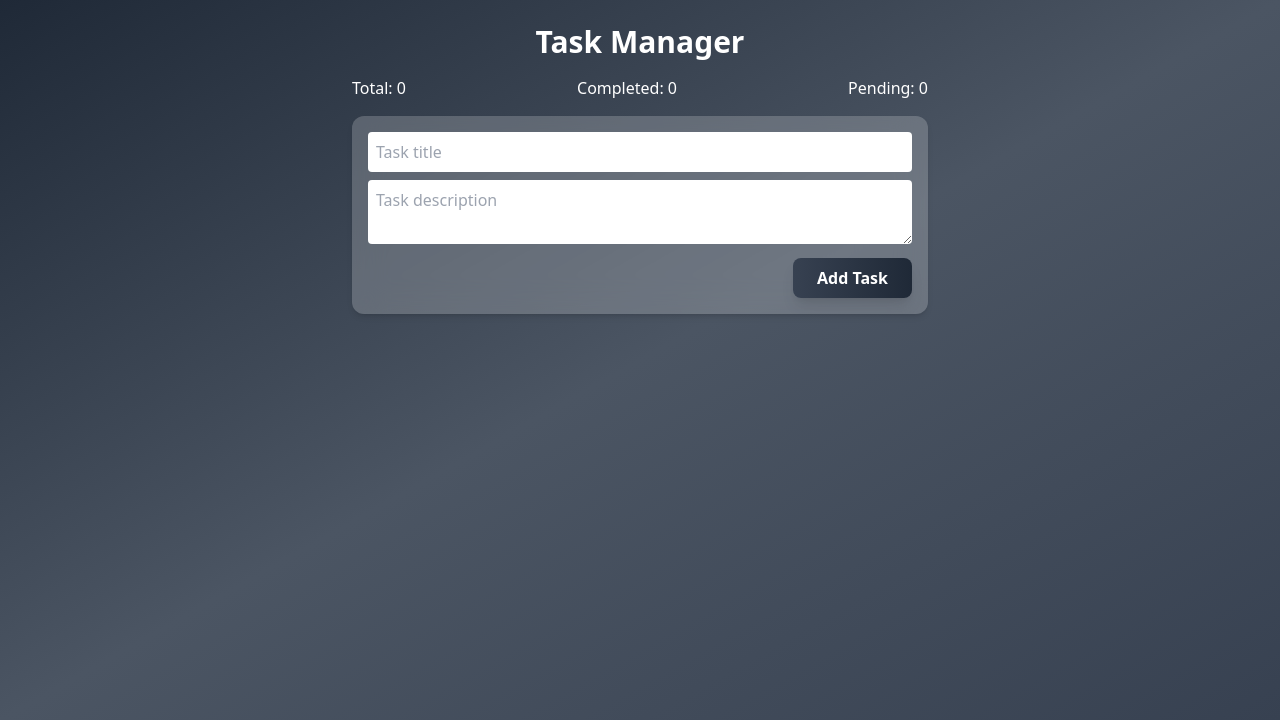
Repository: Meenakshi-commits/mern-task-manager
Page: / (app in client/)
The author's editor kept a copy of each file at every save. The page is drawn from the files as they stood at one save, then again after the next save.
The browser window is 1280 px wide. The pictures show the whole page.
The page's requests for data from a server got no answer. The project was rebuilt for these pictures with package versions that can differ from the ones it lists, and the page was loaded fresh each time. No one was signed in, and anything a server would have sent is missing. Also part of the build but not shown: client/vite.config.js, client/src/components/TaskItem.jsx.

Above is the page before, as saved 2026-01-09 17:33:05.

After the next save:
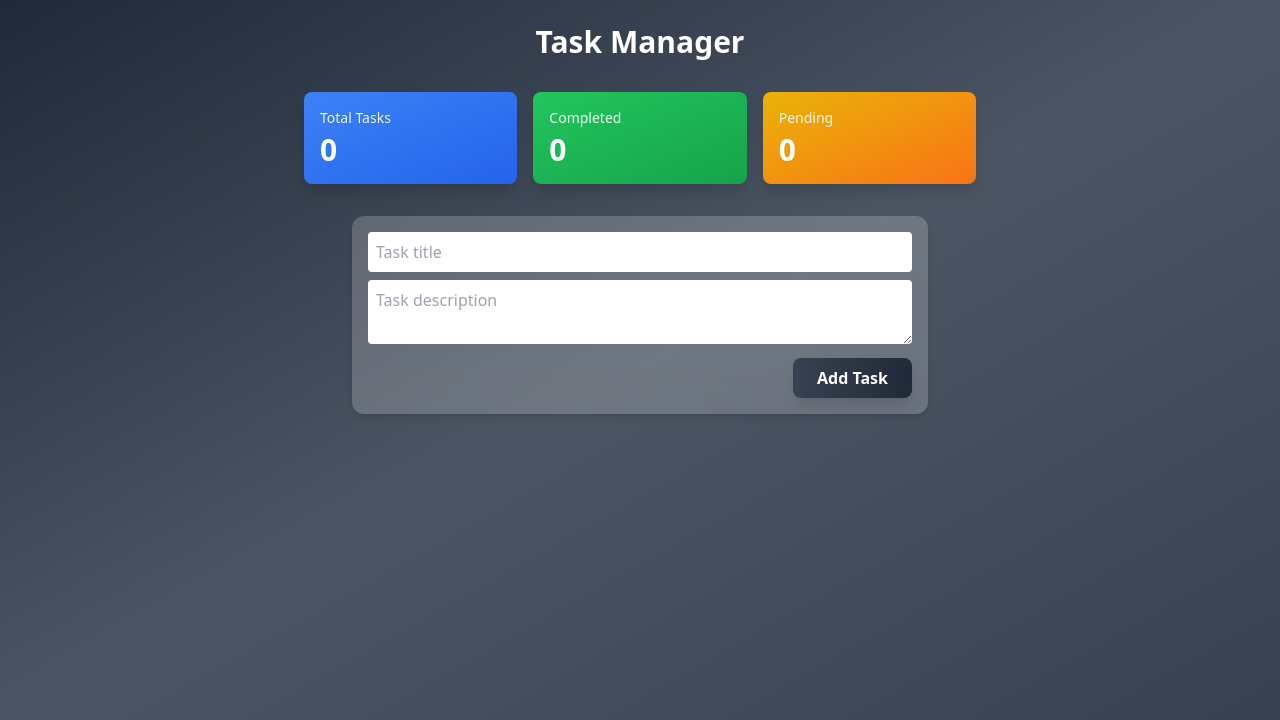
Saved 88 s later.
--- a/client/src/App.jsx
+++ b/client/src/App.jsx
@@ -20,19 +20,30 @@ export default function App() {
 
   return (
     <div className="min-h-screen bg-gradient-to-br from-gray-800 via-gray-600 to-gray-700 p-6">
-      <div className="max-w-xl mx-auto text-white">
-        <h1 className="text-3xl font-bold text-center mb-4">
+      <div className="max-w-7xl mx-auto text-white">
+        <h1 className="text-3xl font-bold text-center mb-8">
           Task Manager
         </h1>
 
-        <div className="flex justify-between mb-4">
-          <span>Total: {tasks.length}</span>
-          <span>Completed: {completed}</span>
-          <span>Pending: {pending}</span>
+        <div className="grid grid-cols-3 gap-4 max-w-2xl mx-auto mb-8">
+          <div className="bg-gradient-to-br from-blue-500 to-blue-600 p-4 rounded-lg shadow-lg hover:shadow-xl transition-shadow">
+            <p className="text-sm opacity-90 mb-1">Total Tasks</p>
+            <p className="text-3xl font-bold">{tasks.length}</p>
+          </div>
+          <div className="bg-gradient-to-br from-green-500 to-green-600 p-4 rounded-lg shadow-lg hover:shadow-xl transition-shadow">
+            <p className="text-sm opacity-90 mb-1">Completed</p>
+            <p className="text-3xl font-bold">{completed}</p>
+          </div>
+          <div className="bg-gradient-to-br from-yellow-500 to-orange-500 p-4 rounded-lg shadow-lg hover:shadow-xl transition-shadow">
+            <p className="text-sm opacity-90 mb-1">Pending</p>
+            <p className="text-3xl font-bold">{pending}</p>
+          </div>
         </div>
 
-        <TaskForm fetchTasks={fetchTasks} />
-        <TaskList tasks={tasks} fetchTasks={fetchTasks} />
+        <div className="max-w-xl mx-auto">
+          <TaskForm fetchTasks={fetchTasks} />
+          <TaskList tasks={tasks} fetchTasks={fetchTasks} />
+        </div>
       </div>
     </div>
   );
